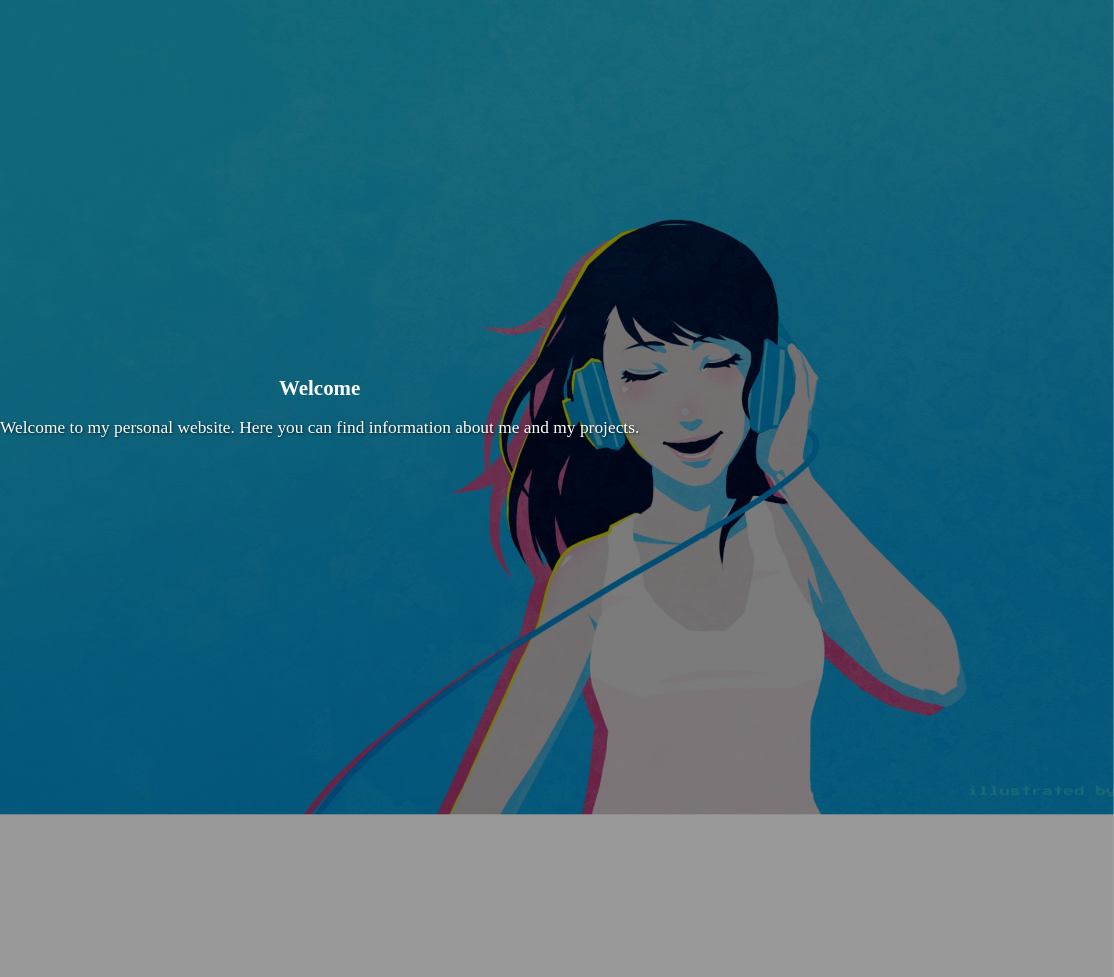
Repository: cydxf/cydxf.github.io
Page: index.html
These files come from the project's save history. The page is drawn as it stood at one moment and after the next save; the edit follows.
The browser window is 1280 px wide. The pictures show the whole page, at 87% of full size.

Above is the page before, as saved 2024-08-02 01:49:54.

### index.html
<!DOCTYPE html>
<html lang="en">
<head>
    <meta charset="UTF-8">
    <meta name="viewport" content="width=device-width, initial-scale=1.0">
    <title>My Personal Website</title>
    <link rel="stylesheet" href="css/styles.css">
</head>
<body>
    <main>
        <section id="home" class="hero">
            <div class="hero-content">
                <h2>Welcome</h2>
                <p>Welcome to my personal website. Here you can find information about me and my projects.</p>
            </div>
        </section>
        <section id="about">
            <h2>About Me</h2>
            <p>This is the about section where you can find more information about me.</p>
        </section>
        <section id="projects">
            <h2>Projects</h2>
            <p>Here are some of my recent projects.</p>
            <ul>
                <li>Project 1</li>
                <li>Project 2</li>
                <li>Project 3</li>
            </ul>
        </section>
        <section id="contact">
            <h2>Contact</h2>
            <p>If you want to get in touch, please contact me via email.</p>
        </section>
    </main>
    <footer>
        <p>&copy; 2024 Huang Jiaxi</p>
    </footer>
    <script src="js/script.js"></script>
    </head>
</body>
</html>

### css/styles.css
body, html {
    margin: 0;
    padding: 0;
    height: 100%;
    width: 100%;
}

.hero {
    position: absolute;
    width: 100%;
    height: 130vh; /* Viewport height */
    left: 0;
    top: 0;
    background-image: url('../resource/image/shigiChannelArt_clean.jpg'); /* 首页大图  */
    background-size: cover;
    background-position: center;
    background-repeat: no-repeat;
    color: #fff;
    display: flex;
    justify-content: left;
    align-items: center;
    text-align: center;
    color: #fff;
}

.hero:before{
    content: '';
    position: absolute;
    top: 0;
    left: 0;
    width: 100%;
    height: 120%;
    background: rgba(0, 0, 0, 0.4);
    z-index: 1;
}

.hero-content {
    position: relative;
    z-index: 2;
}

.hero h1 {
    font-size: 3rem; /* 适当调整标题字体大小 */
    margin: 0;
    padding: 0;
    text-shadow: 2px 2px 4px rgba(0, 0, 0, 0.7); /* 添加文本阴影使其更清晰 */
}

.hero p {
    font-size: 1.25rem; /* 适当调整副标题字体大小 */
    margin-top: 0.5rem;
    text-shadow: 1px 1px 3px rgba(0, 0, 0, 0.7); /* 添加文本阴影使其更清晰 */
}

### js/script.js
document.addEventListener("DOMContentLoaded", function() {
    const links = document.querySelectorAll("nav ul li a");

    links.forEach(link => {
        link.addEventListener("click", function(event) {
            event.preventDefault();
            const targetId = this.getAttribute("href").substring(1);
            const targetSection = document.getElementById(targetId);
            window.scrollTo({
                top: targetSection.offsetTop,
                behavior: "smooth"
            });
        });
    });
});

After the next save:
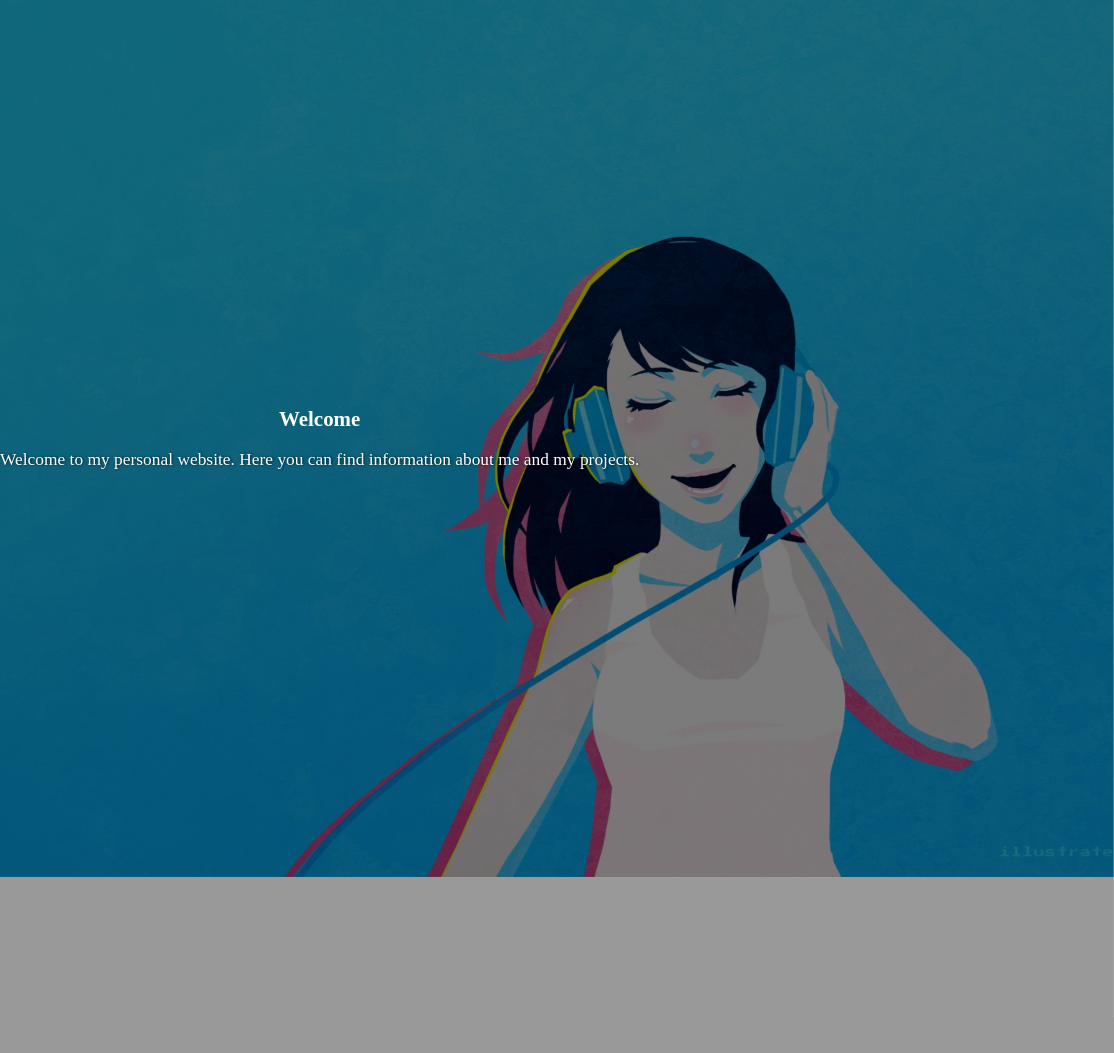
Saved 22 s later.
--- a/css/styles.css
+++ b/css/styles.css
@@ -8,7 +8,7 @@ body, html {
 .hero {
     position: absolute;
     width: 100%;
-    height: 130vh; /* Viewport height */
+    height: 140vh; /* Viewport height */
     left: 0;
     top: 0;
     background-image: url('../resource/image/shigiChannelArt_clean.jpg'); /* 首页大图  */
